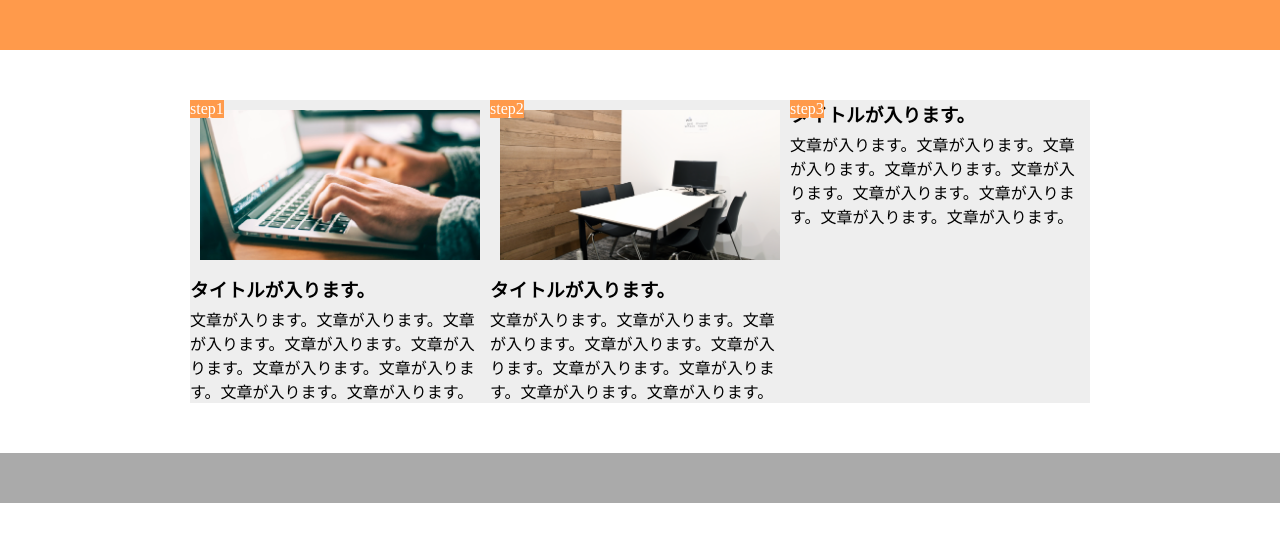
Repository: papisi-zu/book1
Page: exercises9/exercises9.html
The author's editor kept a record of every edit. The page is drawn from the files as they stood at one moment, then again after the next edit.
The browser window is 1280 px wide. The pictures show the whole page.

Above is the page before.

### exercises9/exercises9.html
<!DOCTYPE html>
<html lang="ja">
  <head>
    <meta charset="UTF-8" />
    <link rel="stylesheet" href="exercises9.css" />
    <title>exercises9</title>
  </head>

  <body>
    <header></header>
    <main>
      <section class="main-box">
        <span class="step">step1</span>
        <div class="step-image1"></div>
        <h3 class="main-title">タイトルが入ります。</h3>
        <P class="main-text">文章が入ります。文章が入ります。文章が入ります。文章が入ります。文章が入ります。文章が入ります。文章が入ります。文章が入ります。文章が入ります。</P>
      </section>
      <section class="main-box">
        <span class="step">step2</span>
        <div class="step-image2"></div>
        <h3 class="main-title">タイトルが入ります。</h3>
        <P class="main-text">文章が入ります。文章が入ります。文章が入ります。文章が入ります。文章が入ります。文章が入ります。文章が入ります。文章が入ります。文章が入ります。</P>
      </section>
      <section class="main-box">
        <span class="step">step3</span>
        <div class="step-image3"></div>
        <h3 class="main-title">タイトルが入ります。</h3>
        <P class="main-text">文章が入ります。文章が入ります。文章が入ります。文章が入ります。文章が入ります。文章が入ります。文章が入ります。文章が入ります。文章が入ります。</P>
      </section>
    </main>
    <footer></footer>
  </body>
</html>

### exercises9/exercises9.css
* {
  margin: 0;
  padding: 0;
  box-sizing: border-box;
}

header {
  width: 100%;
  height: 50px;
  background-color: #FF9A4B;
}

main {
  width: 960px;
  display: flex;
  justify-content: center;
  margin: 0 auto;
  padding: 50px 0;
}

.main-box {
  width: 300px;
  background-color: #EEEEEE;
  position: relative;
  display: inline-block;
}

.step {
  background-color: #FF9A4B;
  color: #fff;
  position: absolute;
  top: 0;
  left: 0;
}

.step-image1 {
  height: 150px;
  background-image: url(img/flow01.png);
  background-size: cover;
  background-position: bottom;
  display: block;
  margin: 10px 10px 15px 10px;
}

.step-image2 {
  height: 150px;
  background-image: url(img/flow02.png);
  background-size: cover;
  background-position: bottom;
  display: block;
  margin: 10px 10px 15px 10px;
}

.main-title {
  margin-bottom: 5px;
}

footer {
  width: 100%;
  height: 50px;
  background-color: #AAAAAA;
}

After the next edit:
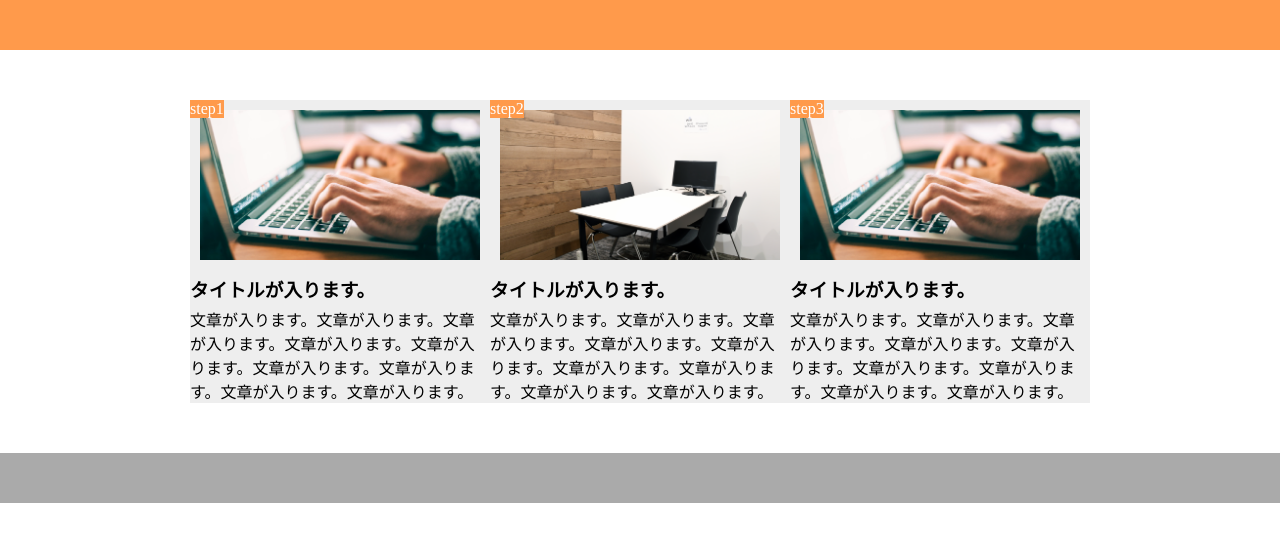
The edit:
--- a/exercises9/exercises9.css
+++ b/exercises9/exercises9.css
@@ -51,6 +51,15 @@
   margin: 10px 10px 15px 10px;
 }
 
+.step-image3 {
+  height: 150px;
+  background-image: url(img/flow01.png);
+  background-size: cover;
+  background-position: bottom;
+  display: block;
+  margin: 10px 10px 15px 10px;
+}
+
 .main-title {
   margin-bottom: 5px;
 }
